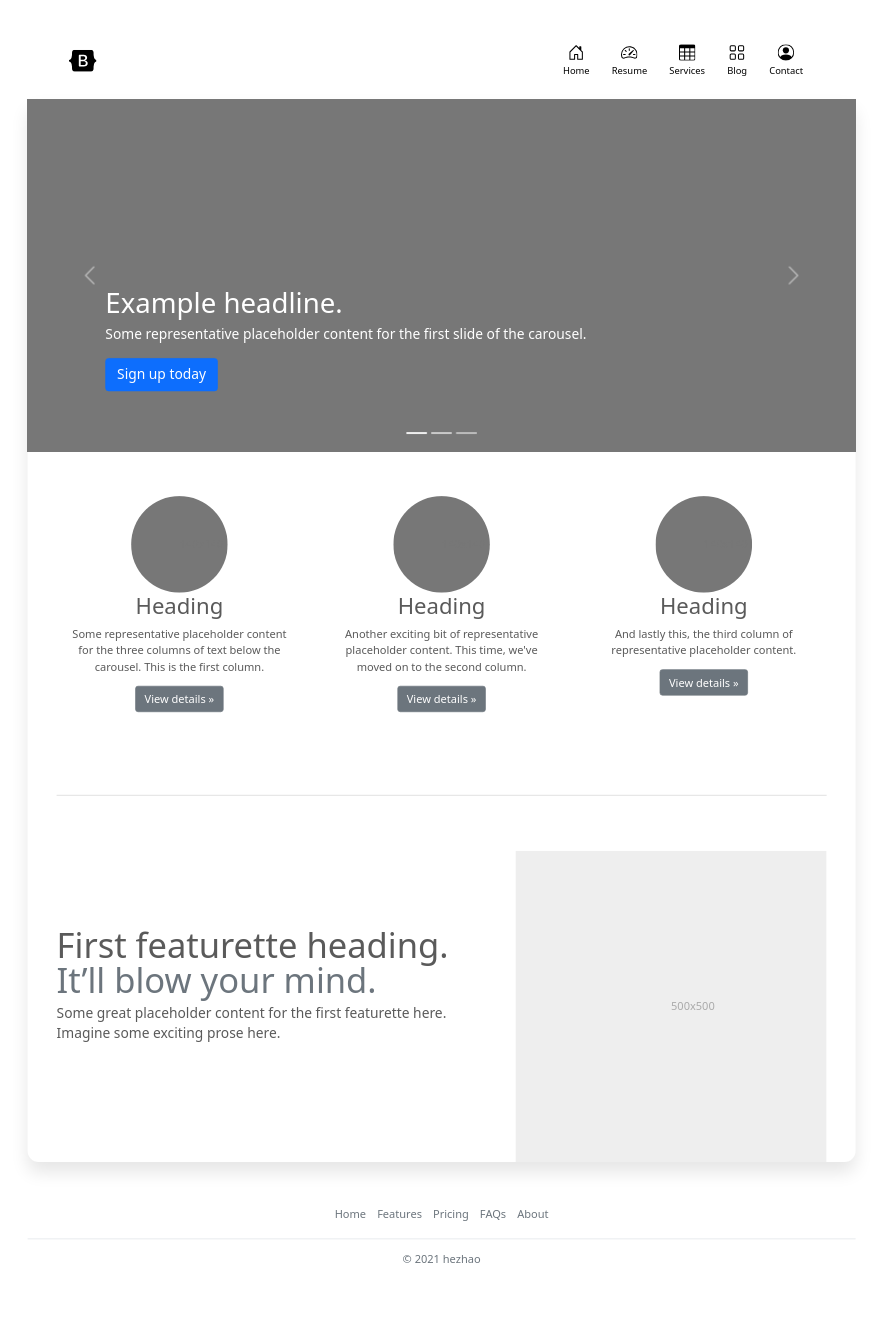
Repository: HeZhao-hugh/personal-web
Page: index.html
These files come from the project's save history. The page is drawn as it stood at one moment and after the next save; the edit follows.
The browser window is 1280 px wide. The pictures show the whole page, at 69% of full size.

Above is the page before, as saved 2022-01-19 18:19:58.

After the next save:
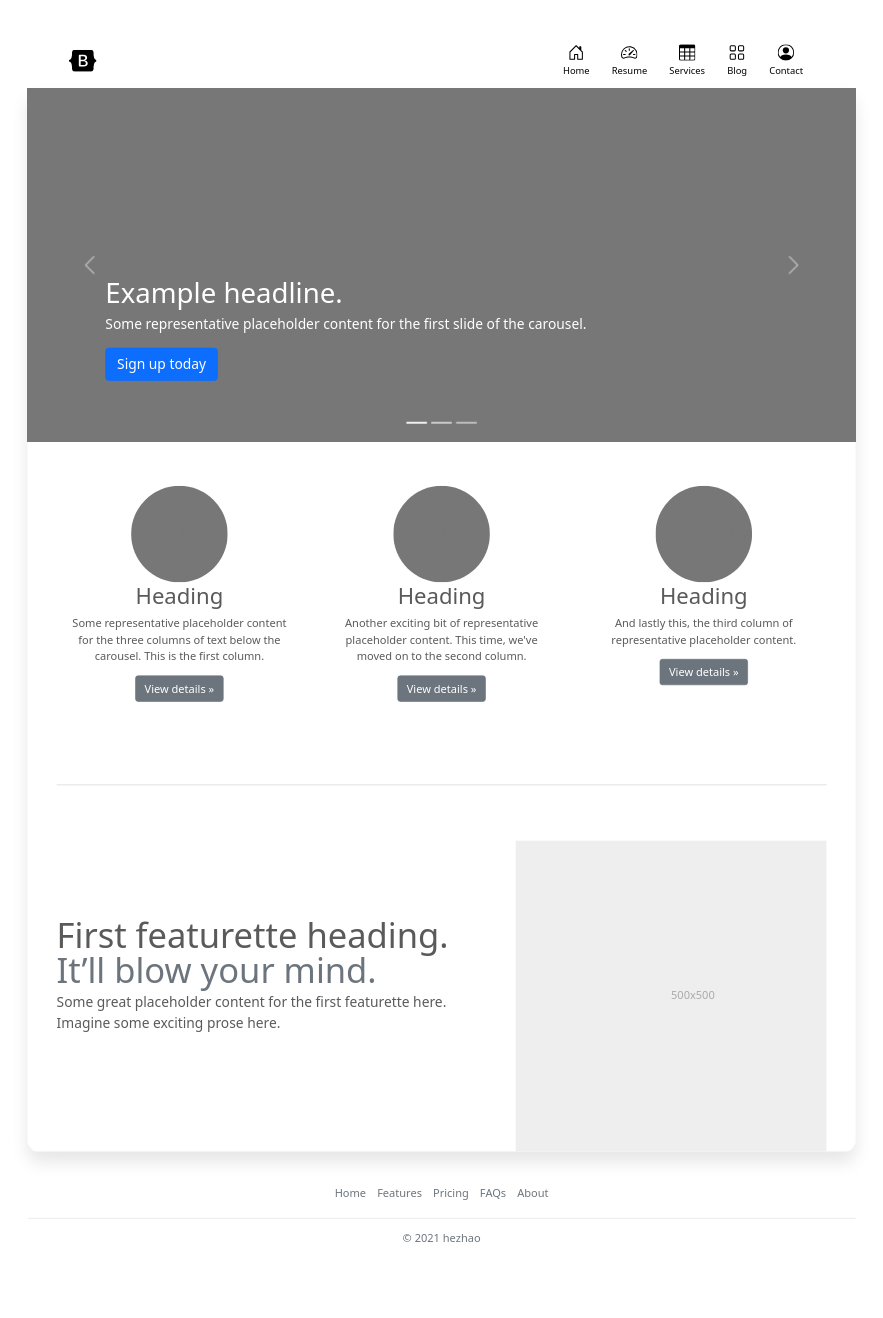
Saved 15 s later.
--- a/style.css
+++ b/style.css
@@ -28,9 +28,9 @@
   }
 
   .pages {
-    padding: 15px 0;
+    /* padding: 15px 0;
     position: relative;
-    flex: 1;
+    flex: 1; */
   }
 
   .page {

After the save that followed:
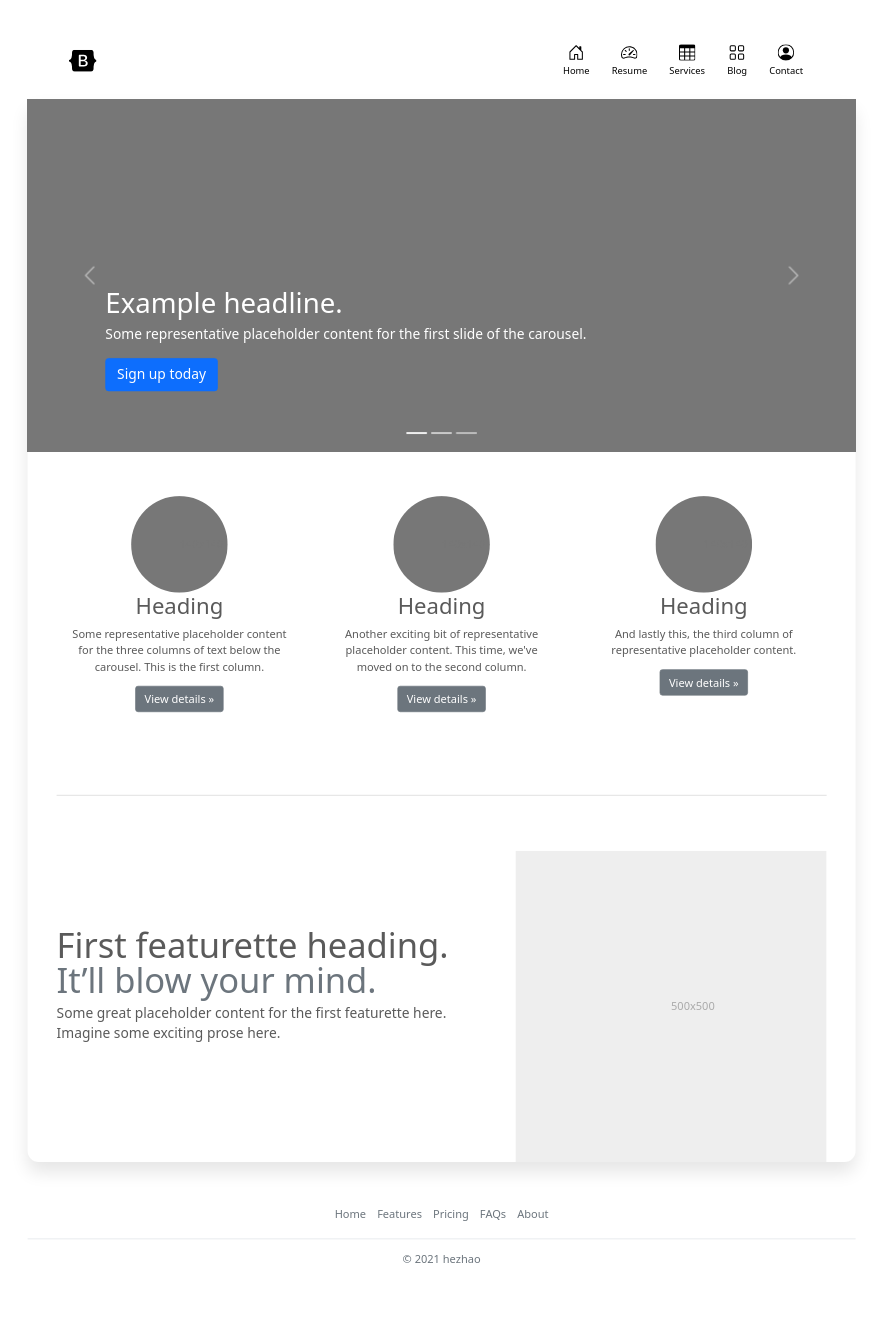
Saved 5 s later.
--- a/style.css
+++ b/style.css
@@ -28,9 +28,9 @@
   }
 
   .pages {
-    /* padding: 15px 0;
+    padding: 15px 0;
     position: relative;
-    flex: 1; */
+    flex: 1;
   }
 
   .page {
